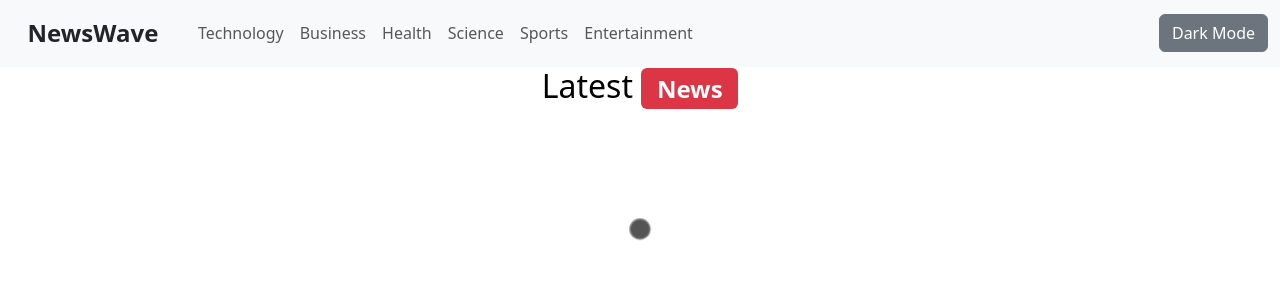
Repository: PranjalTripathi2003/news-wave
Page: /
These files come from the project's save history. The page is drawn as it stood at one moment and after the next save; the edit follows.
The browser window is 1280 px wide. The pictures show the whole page.
The page's requests for data from a server got no answer. The project was rebuilt for these pictures with package versions that can differ from the ones it lists, and the page was loaded fresh each time. No one was signed in, and anything a server would have sent is missing. Also part of the build but not shown: vite.config.js, src/styles/NewsItem.css, src/components/NewsItem.jsx.

Above is the page before, as saved 2024-07-26 11:30:28.

After the next save:
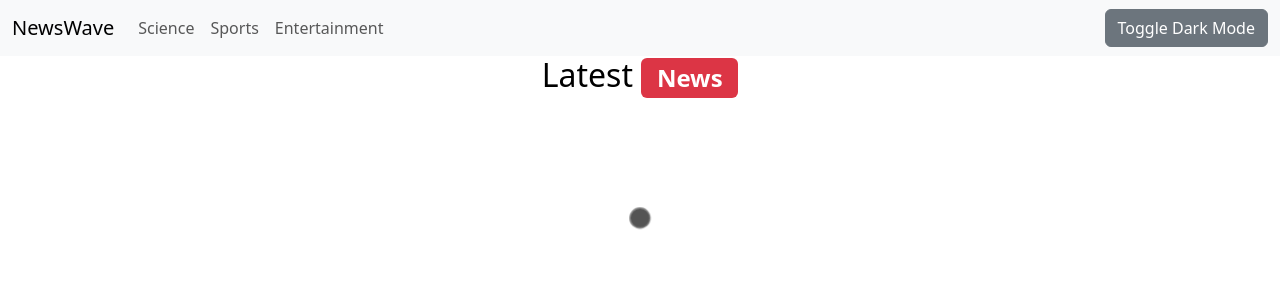
Saved 25 s later.
--- a/src/components/Navbar.jsx
+++ b/src/components/Navbar.jsx
@@ -1,20 +1,12 @@
 import React from "react";
+import "../styles/Navbar.css"; // Adjust the path as necessary
 
-const Navbar = ({ setCategory, darkMode, toggleDarkMode }) => {
+const Navbar = ({ setCategory, toggleDarkMode }) => {
   return (
-    <nav
-      className={`navbar navbar-expand-lg ${
-        darkMode ? "navbar-dark bg-dark" : "navbar-light bg-light"
-      }`}
-    >
+    <nav className="navbar navbar-expand-lg navbar-light bg-light">
       <div className="container-fluid">
         <a className="navbar-brand" href="#">
-          <span
-            className="badge bg-light text-dark fs-4"
-            onClick={() => setCategory("general")}
-          >
-            NewsWave
-          </span>
+          NewsWave
         </a>
         <button
           className="navbar-toggler"
@@ -29,24 +21,6 @@ const Navbar = ({ setCategory, darkMode, toggleDarkMode }) => {
         </button>
         <div className="collapse navbar-collapse" id="navbarNav">
           <ul className="navbar-nav">
-            <li className="nav-item">
-              <div
-                className="nav-link"
-                onClick={() => setCategory("technology")}
-              >
-                Technology
-              </div>
-            </li>
-            <li className="nav-item">
-              <div className="nav-link" onClick={() => setCategory("business")}>
-                Business
-              </div>
-            </li>
-            <li className="nav-item">
-              <div className="nav-link" onClick={() => setCategory("health")}>
-                Health
-              </div>
-            </li>
             <li className="nav-item">
               <div className="nav-link" onClick={() => setCategory("science")}>
                 Science
@@ -70,7 +44,7 @@ const Navbar = ({ setCategory, darkMode, toggleDarkMode }) => {
             className="btn btn-secondary ms-auto"
             onClick={toggleDarkMode}
           >
-            {darkMode ? "Light Mode" : "Dark Mode"}
+            Toggle Dark Mode
           </button>
         </div>
       </div>
